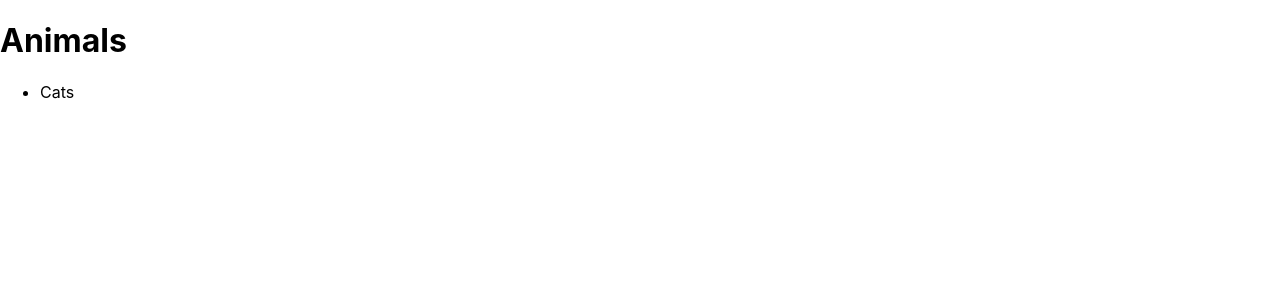
Repository: technogize/next-test-site
Page: /animals
An editor plug-in stored every save of this project. The page is shown before and after the next save, followed by the edit.
The browser window is 1280 px wide. The pictures show the whole page.
The project was rebuilt for these pictures with package versions that can differ from the ones it lists, and the page was loaded fresh each time. The framework's server and built-in components were replaced by stand-ins that run in the browser.

Above is the page before, as saved 2021-10-02 08:53:46.

After the next save:
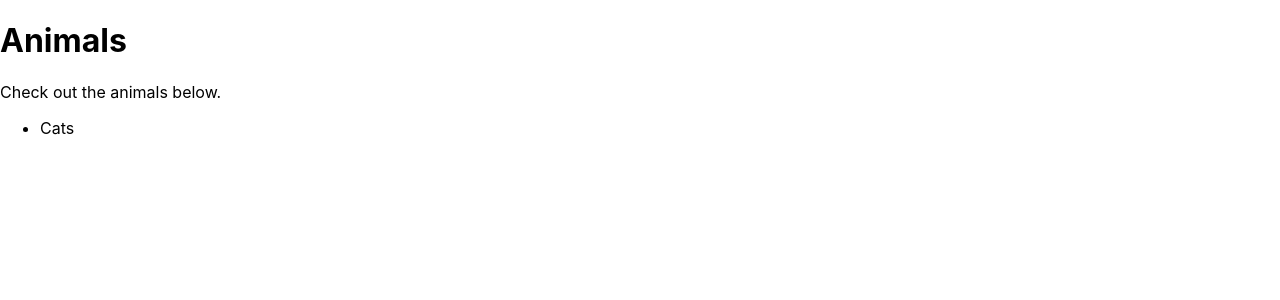
Saved 18 s later.
--- a/pages/animals/index.js
+++ b/pages/animals/index.js
@@ -4,6 +4,7 @@ const index = () => {
     return (
         <div>
             <h1>Animals</h1>
+            <p>Check out the animals below.</p>
             <ul>
                 <li>
                     <a href='/animals/cats'>Cats</a>
